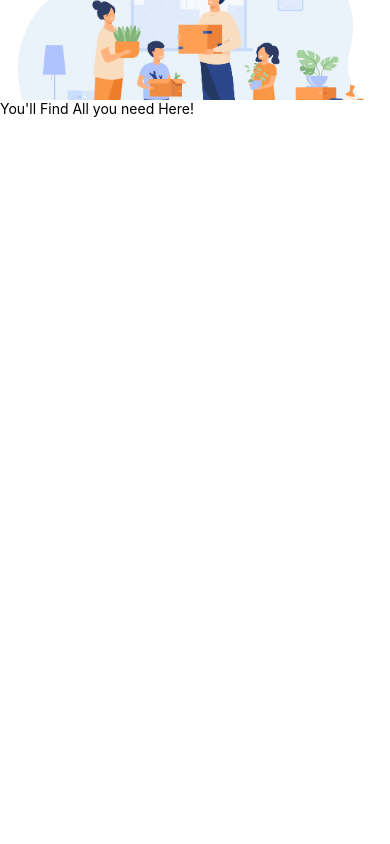
Repository: oscarMyerston/ProjectName
Screen: /
An editor plug-in stored every save of this project. The screen is shown before and after a run of saves, followed by the edit.
The app was drawn by React Native's web renderer in a window 390 px wide. The project was rebuilt for these pictures with package versions that can differ from the ones it lists, and the page was loaded fresh each time. Also part of the build but not shown: Chair.js, Table.js.

Above is the screen before, as saved 2024-06-02 19:20:11.

After the next 4 saves:
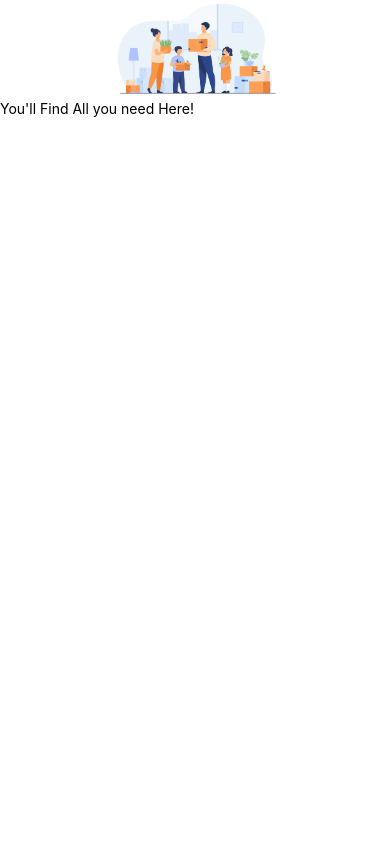
The 4 saves are shown as one change because they came seconds apart.
The last was saved 42 s later.
--- a/src/screen/auth/Splash/index.js
+++ b/src/screen/auth/Splash/index.js
@@ -6,6 +6,7 @@ const Splash = () => {
   return [
     <View>
       <Image
+      resizeMode="contain"
         style={styles.image}
         source={require('../../../assets/splash_image.png')}
       />
